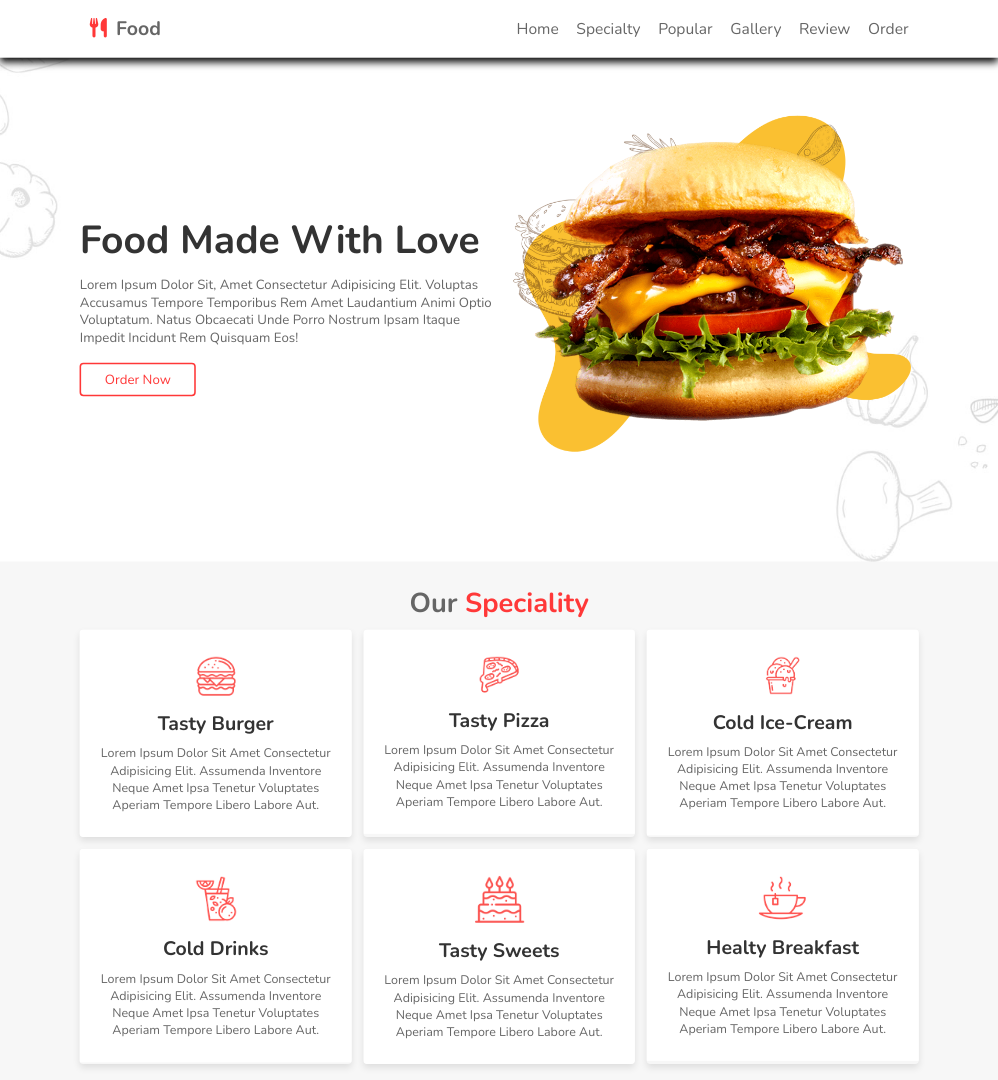
Repository: wenxi0504/ResturantApp-static-
Page: index.html
These files come from the project's save history. The page is drawn as it stood at one moment and after the next save; the edit follows.
The browser window is 1280 px wide. The pictures show the whole page, at 78% of full size.

Above is the page before, as saved 2022-01-10 00:02:30.
Console error: TypeError: Cannot read properties of null (reading 'classList')

### index.html
<!DOCTYPE html>
<html lang="en">
  <head>
    <meta charset="UTF-8" />
    <meta http-equiv="X-UA-Compatible" content="IE=edge" />
    <meta name="viewport" content="width=device-width, initial-scale=1.0" />
    <title>Maple Yip Seafood Restaurant</title>
    <!-- font awesome cnd link-->
    <link
      rel="stylesheet"
      href="https://cdnjs.cloudflare.com/ajax/libs/font-awesome/6.0.0-beta3/css/all.min.css"
    />
    <!--custom css link-->
    <link rel="stylesheet" href="./style.css" />
  </head>
  <body>
    <!--header section-->
    <header>
      <!-- current page-->
      <a href="#" class="logo"><i class="fas fa-utensils"></i> food </a>
      <div id="menu-bar" class="fas fa-bars"></div>
      <nav class="navbar">
        <a href="#home">Home</a>
        <a href="#speciality">Specialty</a>
        <a href="#popular">Popular</a>
        <a href="#gallery">gallery</a>
        <a href="#revire">Review</a>
        <a href="#order">Order</a>
      </nav>
    </header>
    <!-- header section ends-->
    <!--home section-->
    <section class="home" id="home">
      <div class="content">
        <h3>food made with love</h3>
        <p>
          Lorem ipsum dolor sit, amet consectetur adipisicing elit. Voluptas
          accusamus tempore temporibus rem amet laudantium animi optio
          voluptatum. Natus obcaecati unde porro nostrum ipsam itaque impedit
          incidunt rem quisquam eos!
        </p>
        <a href="#" class="btn">order now</a>
      </div>
      <div class="image">
        <img src="images/home-img.png" alt="home-img" />
      </div>
    </section>
    <!--home section ends-->

<!--Specialty section -->
<section class="speciality" id="speciality">
    <h1 class="heading">Our <span>Speciality</span></h1>
    <div class="box-container">
        <div class="box">
            <img class="image" src="images/s-img-1.jpg" alt="s-image">
            <div class="content">
                <img src="images/s-1.png" alt="s-1">
                <h3>tasty burger</h3>
                <p>Lorem ipsum dolor sit amet consectetur adipisicing elit. Assumenda inventore neque amet ipsa tenetur voluptates aperiam tempore libero labore aut.</p>
            </div>
        </div>
        <div class="box">
            <img class="image" src="images/s-img-2.jpg" alt="">
            <div class="content">
                <img src="images/s-2.png" alt="">
                <h3>tasty pizza</h3>
                <p>Lorem ipsum dolor sit amet consectetur adipisicing elit. Assumenda inventore neque amet ipsa tenetur voluptates aperiam tempore libero labore aut.</p>
            </div>
        </div>
        <div class="box">
            <img class="image" src="images/s-img-3.jpg" alt="">
            <div class="content">
                <img src="images/s-3.png" alt="">
                <h3>cold ice-cream</h3>
                <p>Lorem ipsum dolor sit amet consectetur adipisicing elit. Assumenda inventore neque amet ipsa tenetur voluptates aperiam tempore libero labore aut.</p>
            </div>
        </div>
        <div class="box">
            <img class="image" src="images/s-img-4.jpg" alt="">
            <div class="content">
                <img src="images/s-4.png" alt="">
                <h3>cold drinks</h3>
                <p>Lorem ipsum dolor sit amet consectetur adipisicing elit. Assumenda inventore neque amet ipsa tenetur voluptates aperiam tempore libero labore aut.</p>
            </div>
        </div>
        <div class="box">
            <img class="image" src="images/s-img-5.jpg" alt="">
            <div class="content">
                <img src="images/s-5.png" alt="">
                <h3>tasty sweets</h3>
                <p>Lorem ipsum dolor sit amet consectetur adipisicing elit. Assumenda inventore neque amet ipsa tenetur voluptates aperiam tempore libero labore aut.</p>
            </div>
        </div>
        <div class="box">
            <img class="image" src="images/s-img-6.jpg" alt="">
            <div class="content">
                <img src="images/s-6.png" alt="">
                <h3>healty breakfast</h3>
                <p>Lorem ipsum dolor sit amet consectetur adipisicing elit. Assumenda inventore neque amet ipsa tenetur voluptates aperiam tempore libero labore aut.</p>
            </div>
        </div>
    </div>
</section>
<!--Specialty section ends-->
    <!--custom js file link-->
    <script src="script.js"></script>
  </body>
</html>

### style.css
@import url('https://fonts.googleapis.com/css2?family=Nunito:wght@200;300;400;600;700&display=swap');

:root{
--red:#ff3838;
}
 /* match everything */
*{
    font-family: 'Nunito', sans-serif;
    margin:0;
    padding:0;
    box-sizing:border-box;
    outline:none;
    border:none;
    text-decoration: none;
    /* text 大小写 */
    text-transform: capitalize;
    transition: all .2s linear;
}

/* the part that the user choose to highlight */
*::selection{
    background:var(--red);
    color:#fff;
  }

html{
    font-size: 62.5%;
    overflow-x: hidden;
    scroll-behavior: smooth;
    scroll-padding-top:6rem;
}

body{
    background: #f7f7f7;
}

header{
    position:fixed;
    top:0;
    left:0;
    right: 0;
    z-index:1000;
    display: flex;
    align-items: center;
    justify-content: space-between;
    background:#fff;
    padding:2rem 9%;
    box-shadow: 0 .5rem 1rem rgba(0,0,0,1);

}

header .logo{
    font-size:2.5rem;
    font-weight: bolder;
    color:#666;
}

header .logo i{
    padding-right: .5rem;
    color:var(--red);
}

header .navbar a{
    font-size: 2rem;
    margin-left: 2rem;
    color:#666;
  }

header .navbar a:hover{

    color:var(--red);
}

#menu-bar{

    font-size:3rem;
    cursor:pointer;
    color:#666;
    border:.1rem solid #666;
    border-radius: .3rem;
    padding:.5rem 1.5rem;
    display: none;
}
/* section part  */
section{
  padding: 2rem 8%;
}

.home{
  display:flex;
  flex-wrap: wrap;
  gap:1.5rem;
  min-height:100vh;
  align-items:center;
  background:url(./images/home-bg.jpg) no-repeat;
  background-size:cover;
  background-position: center;
}

.home .content{
  flex: 1 1 40rem;
  padding-top: 6.5rem;
}

.home .image{
  flex: 1 1 40rem;
}

/* image floating upside-down */
.home .image img{
  width:100%;
  padding:1rem;
  animation:float 3s linear infinite;
}

@keyframes float{
  0%, 100%{
    transform:translateY(0rem);
  }
  50%{
    transform:translateY(3rem);
  }
}

.home .content h3{
font-size: 5rem;
color:#333;
}

.home .content p{
  font-size: 1.7rem;
  color:#666;
  padding:1rem 0;
}

/* order button */
.btn{
  display: inline-block;
  padding:.8rem 3rem;
  border:.2rem solid var(--red);
  color:var(--red);
  cursor: pointer;
  font-size:1.7rem;
  border-radius:.5rem;
  position: relative;
  overflow: hidden;
  z-index: 0;
  margin-top: 1rem;
}

.btn::before{
  content: '';
  position: absolute;
  top:0; right: 0;
  width:0%;
  height:100%;
  background:var(--red);
  transition: .3s linear;
  z-index: -1;
}

.btn:hover::before{
  width:100%;
  left:0;
}

.btn:hover{
  color:#fff;
}

/* Speciality */
/* Our Speciality */
.heading{
  text-align:center;
  font-size:3.5rem;
  padding:1rem;
  color:#666
}

.heading span{
  color:var(--red);
}

/* top layout */
.speciality .box-container{
  display: flex;
  /* Make flexbox elements break when necessary */
  flex-wrap: wrap;
  gap:1.5rem;
}

.speciality .box-container .box{
  flex:1 1 30rem;
  position: relative;
  overflow: hidden;
  box-shadow: 0 .5rem 1rem rgba(0,0,0,.1);
  cursor: pointer;
  border-radius:.5rem;

}

.speciality .box-container .box .image{
  height: 100%;
  width: 100%;
  object-fit: cover;
  position: absolute;
  top:-100%;
  left:0;
}

.speciality .box-container .box .content{
  text-align: center;
  background:#fff;
  padding:2rem;
}

.speciality .box-container .box .content img{
  margin:1.5rem 0;
}

.speciality .box-container .box .content h3{
  font-size: 2.5rem;
  color:#333;
}

.speciality .box-container .box .content p{
  font-size: 1.6rem;
  color:#666;
  padding:1rem 0;
}

.speciality .box-container .box:hover .image{
  top:0;
}

.speciality .box-container .box:hover .content{
  transform: translateY(100%);
}





/* media queries for different devices */


@media(max-width:991px){

    html{
      font-size: 55%;
    }

    header{
      padding:2rem;
    }

    section{
      padding:2rem;
    }

  }

  @media(max-width:768px){

    #menu-bar{
      display: initial;
    }

    header .navbar{
      position: absolute;
      top:100%; left: 0; right:0;
      background: #f7f7f7;
      border-top: .1rem solid rgba(0,0,0,.1);
      clip-path: polygon(0 0, 100% 0, 100% 0%, 0 0);
    }

    header .navbar.active{
      clip-path: polygon(0 0, 100% 0, 100% 100%, 0% 100%);
    }

    header .navbar a{
      margin: 1.5rem;
      padding:1.5rem;
      display: block;
      border:.2rem solid rgba(0,0,0,.1);
      border-left:.5rem solid var(--red);
      background:#fff;

    }

  }


  @media(max-width:450px){

    html{
      font-size: 50%;
    }

    .order .row form .inputBox input{
      width:100%;}
    }

### script.js
let menu= document.querySelector('#menu-bar');
let navbar=document.querySelector('.navbar');

menu.onclick=()=>{
    // 'fa-time' is "X" icon
    menu.classList.toggle('fa-times');
    navbar.classList.toggle('active');
}

window.onscroll= () =>{
    menu.classList.remove('fa-times');
    navbar.classList.remove('active');

    if(window.scrollY>60)
    {
        document.querySelector('#scroll-top').classList.add('active');
    }
    else
    {   document.querySelector('#scroll-top').classList.remove('active');

    }
}

After the next save:
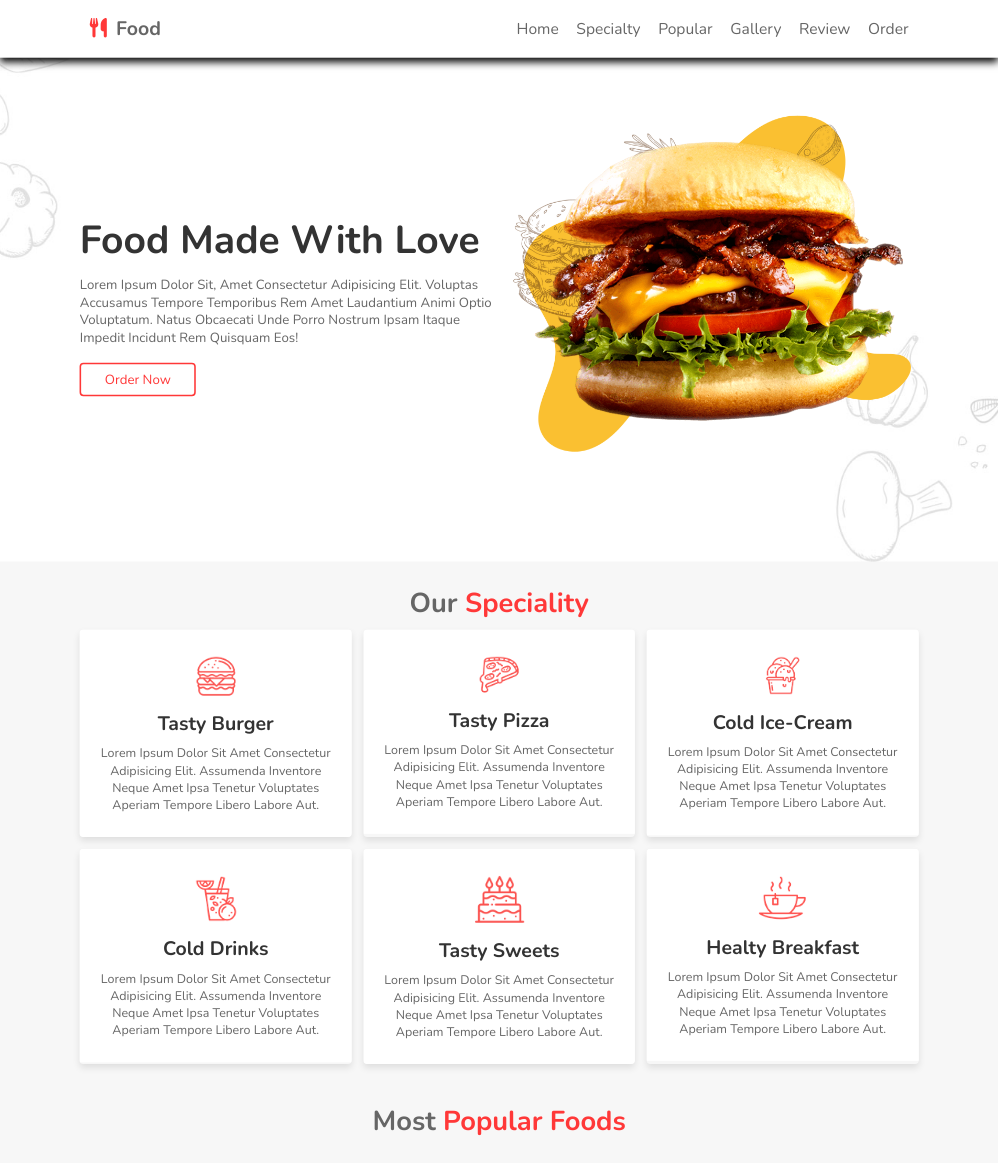
Saved 3 min 10 s later.
--- a/index.html
+++ b/index.html
@@ -102,6 +102,11 @@
     </div>
 </section>
 <!--Specialty section ends-->
+<!--popular section-->
+<section class="popular" id="popular">
+    <h1 class="heading">most <span>popular foods</span></h1>
+</section>
+<!--popular section ends-->
     <!--custom js file link-->
     <script src="script.js"></script>
   </body>
